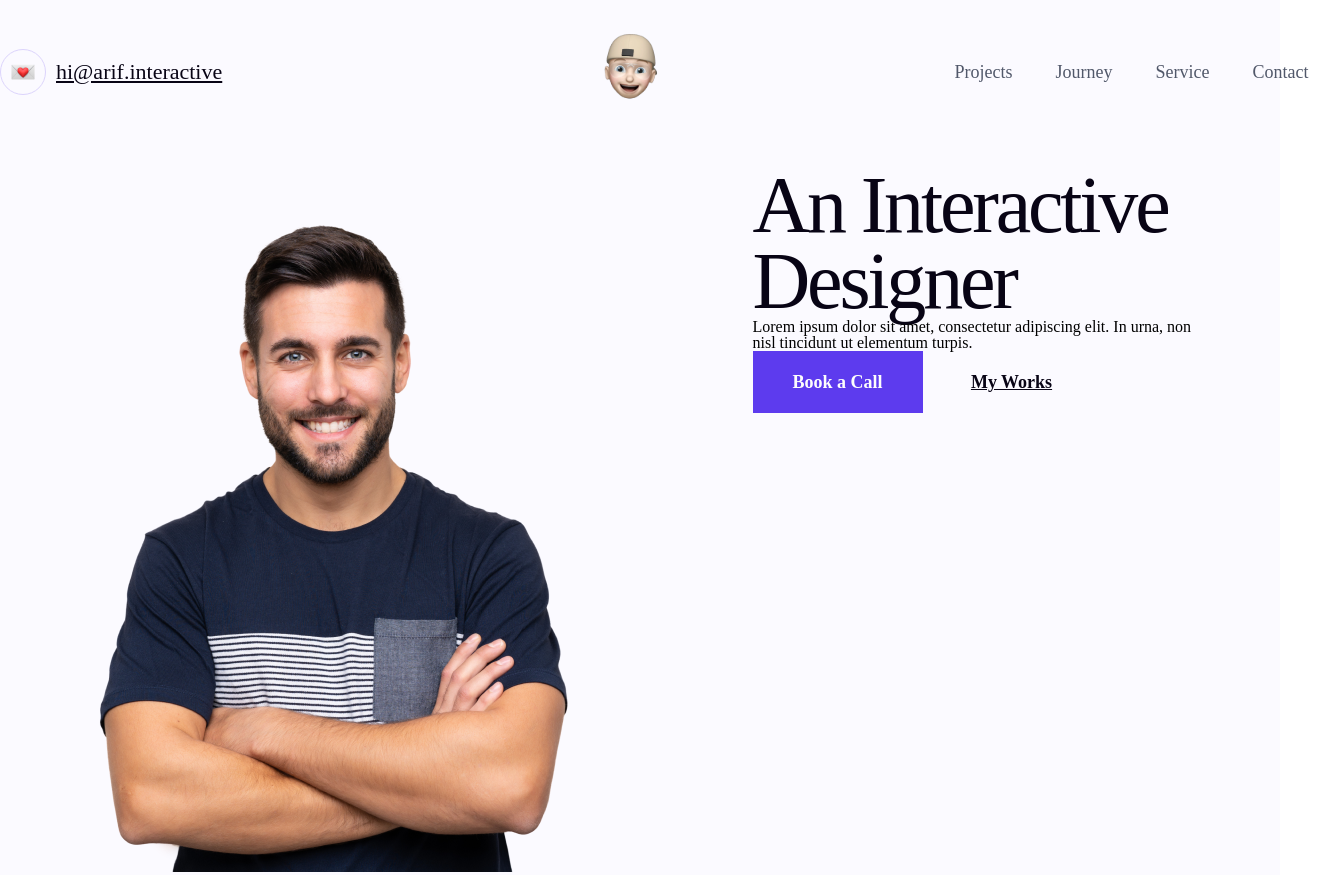
Repository: trantangtuan/project-06-grid-system12column-demo
Page: index.html
An editor plug-in stored every save of this project. The page is shown before and after the next save, followed by the edit.
The browser window is 1280 px wide. The page is 1330 px wide, so the pictures cover 1330 px, including what lies to the right of the window. The pictures show the whole page.

Above is the page before, as saved 2024-07-12 21:20:00.

After the next save:
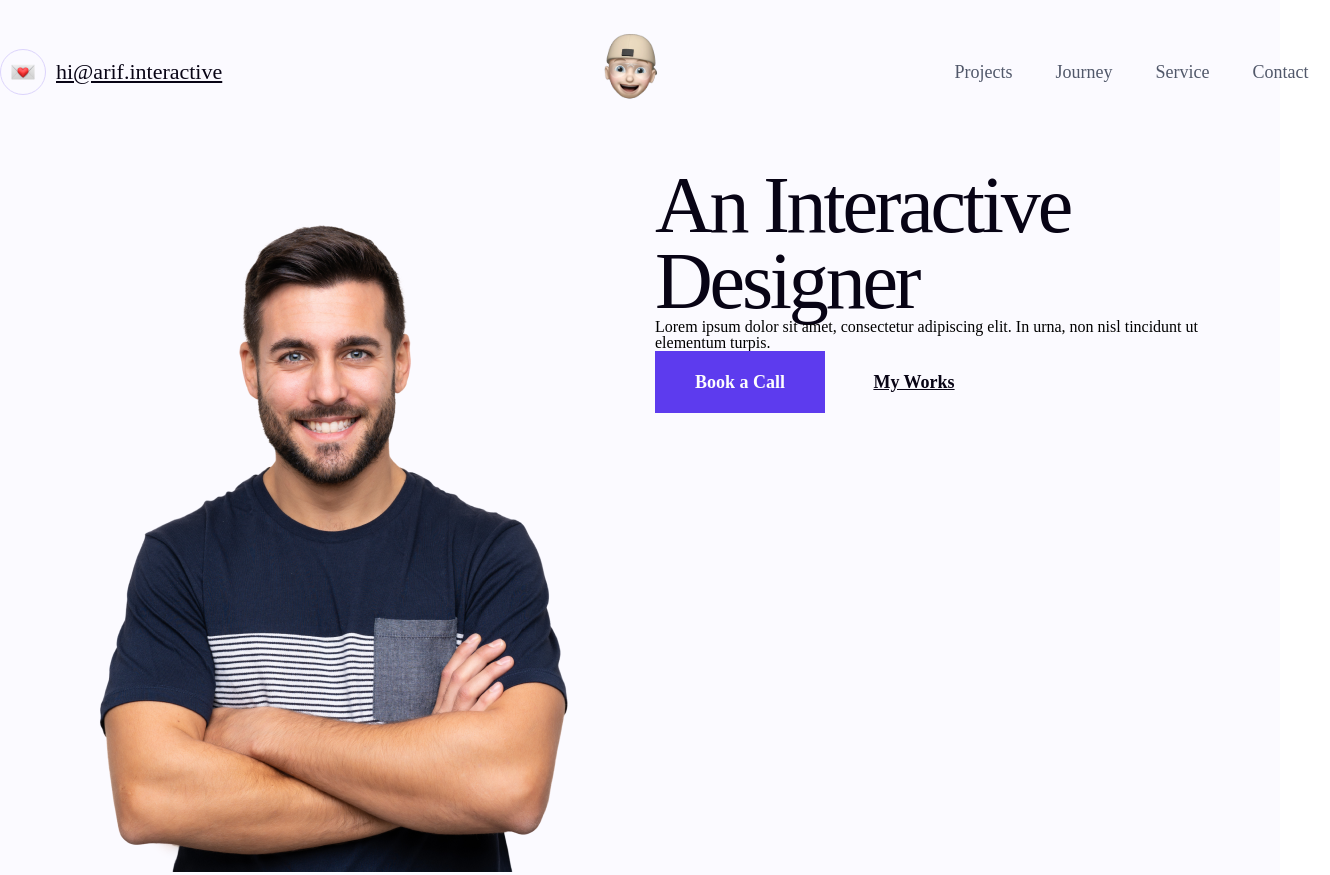
Saved 3 min 5 s later.
--- a/index.html
+++ b/index.html
@@ -65,7 +65,7 @@
                 class="hero__img"
               />
             </div>
-            <div class="col-lg-5 offset-lg-1">
+            <div class="col-lg-6">
               <div class="hero__right">
                 <h1 class="hero__title">An Interactive Designer</h1>
                 <p class="hero__desc">
